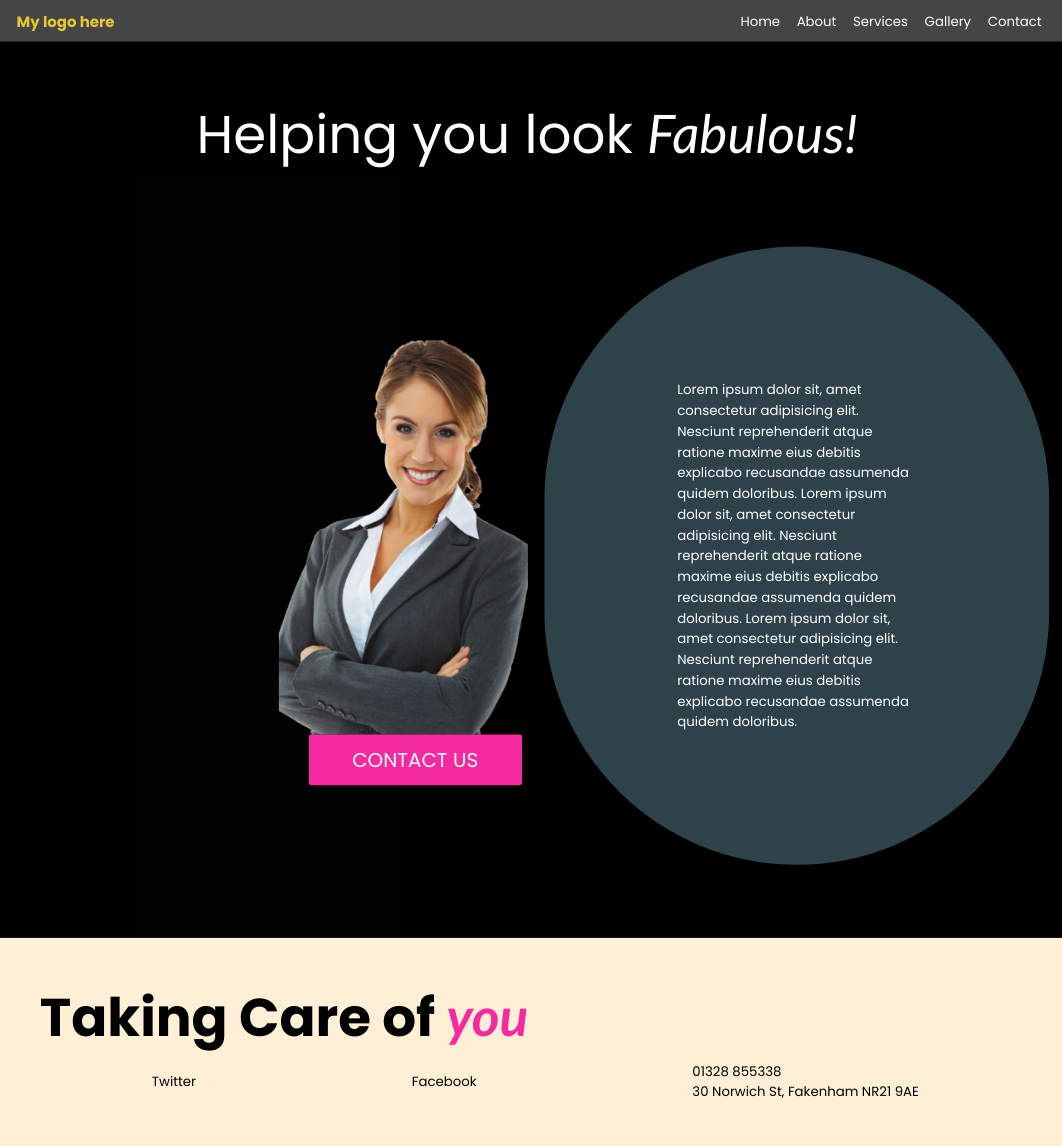
Repository: buzzedison/gardens
Page: index.html
An editor plug-in stored every save of this project. The page is shown before and after the next save, followed by the edit.
The browser window is 1280 px wide. The pictures show the whole page, at 83% of full size.

Above is the page before, as saved 2022-01-13 07:41:37.

### index.html
<!DOCTYPE html>
<html lang="en">
<head>
    <meta charset="UTF-8">
    <meta http-equiv="X-UA-Compatible" content="IE=edge">
    <meta name="viewport" content="width=device-width, initial-scale=1.0">
    <title>B</title>
    <script src="index.js" defer></script>
    <link rel="stylesheet" href="/css/styles.css">
</head>
<body>
    <div>

        <Header>
            <div id="logo"> <a href="/">My logo here</a></div>
            <nav>
<ul>
    <li> <a href="/"> Home</a></li>
    <li> <a href="/"> About</a></li>
    <li> <a href="/"> Services</a></li>
    <li> <a href="/"> Gallery</a></li>
    <li> <a href="/">  Contact</a></li>
</ul>

 </nav>
            <!-- Mobile version -->
            <div id="mobile-icon" onclick="toggleMobileMenu(this)">
                <div class="bar1"></div>
                <div class="bar2"></div>
                <div class="bar3"></div>
                <ul class="mobile-menu">
                  <li><a href="/">Home</a></li>
                  <li><a href="/">About</a></li>
                  <li><a href="/">Services</a></li>
                  <li><a href="/">Gallery</a></li>
                  <li><a href="/">Contact</a></li>

                </ul>
              </div>
        </Header>
        <main class="container">
            <section1>
                <p class="section-title">Helping you look  <span id="fab">Fabulous!</span></p>
                <div class="grid">
                    <div class="grida">
                        <p class="text-grid"><img class ="img" src="images/woman.png">
                            <br/>
                            <a href="/" class="button"> CONTACT US </a>

                    </div>

                    <div class="gridb">
                        <div class="inside">
                        <p class="text-grid">
                        Lorem ipsum dolor sit, amet consectetur adipisicing elit.
                        Nesciunt reprehenderit atque ratione maxime eius
                        debitis explicabo recusandae assumenda quidem doloribus.
                        Lorem ipsum dolor sit, amet consectetur adipisicing elit.
                        Nesciunt reprehenderit atque ratione maxime eius
                        debitis explicabo recusandae assumenda quidem doloribus.
                        Lorem ipsum dolor sit, amet consectetur adipisicing elit.
                        Nesciunt reprehenderit atque ratione maxime eius
                        debitis explicabo recusandae assumenda quidem doloribus.
                    </p>
                </div>
                    </div>
                </div>
            </section1>

        </main>

        <footer class="footer">
            <div class="gridnew">
                <div>
                    <h3 class="take"> Taking Care of <span class="you">you</span> </h3>
                </div>

                <div class="gridnewb">
                    <ul>
                        <li class="list">Twitter</li>
                        <li class="list">Facebook </li>
                        <li class="list"> <span class="contact">01328 855338 <br/>30 Norwich St, Fakenham NR21 9AE </span></li>

                    </ul>


                </div>
            </div>
        </footer>
    </div>
</body>
</html>

### css/styles.css
@import url("https://fonts.googleapis.com/css2?family=Poppins:wght@400;700&display=swap");

* {
  padding: 0;
  margin: 0;
  box-sizing: border-box;
}

body {
  color: black;
  font-family: "Poppins", sans-serif;
  background-color:black;
}

header a {
  text-decoration: none;
}

header {
  padding: 0 20px;
  background-color: #444544;
  height: 50px;
  display: flex;
  justify-content: space-between;
}

#logo {
  font-weight: bold;
  font-size: 18px;
  display: flex;
  align-items: center;
}

#logo a {
  color: #e6c834;
}

ul {
  list-style: none;
  height: 100%;
  display: flex;
  align-items: center;
  justify-content: space-around;
}

ul a {
  color: white;
}

ul li {
  padding: 5px;
  margin-left: 10px;
}

ul li:hover {
  transform: scale(1.1);
  transition: 0.3s;
}




#mobile-icon {
  margin: auto 0;
  display: none;
  cursor: pointer;
}

#mobile-icon div {
  width: 35px;
  height: 3px;
  background-color: white;

  margin: 6px 0;
  transition: 0.4s;
}

.open .bar1 {
  -webkit-transform: rotate(-45deg) translate(-6px, 6px);
  transform: rotate(-45deg) translate(-6px, 6px);
}

.open .bar2 {
  opacity: 0;
}

.open .bar3 {
  -webkit-transform: rotate(45deg) translate(-6px, -8px);
  transform: rotate(45deg) translate(-6px, -8px);
}

.open .mobile-menu {
  display: flex;
  flex-direction: column;
  align-items: center;
  justify-content: flex-start;
}

.mobile-menu {
  display: none;
  position: absolute;
  top: 50px;
  left: 0;
  height: calc(100vh - 50px);
  width: 100%;

}

.mobile-menu li {
  margin-bottom: 10px;

}

@media only screen and (max-width: 600px) {
  header nav {
    display: none;
  }

  #mobile-icon {
    display: block;
  }
}


.section-title{
  color: white;
  font-size: 4em;
  padding-top: 1em;
  padding-left: 3.7em;



}

@media only screen and (max-width:600){

  .section-title{
    padding-left: 0;
    font-size: 1em;

  }
}

#fab {
  font-family: 'Trebuchet MS', 'Lucida Sans Unicode', 'Lucida Grande', 'Lucida Sans', Arial, sans-serif;
  font-style: italic;
}


.grid > div{
   padding:1em;
   background-color:rgba(255, 235, 205, 0);
}

.grid > div:nth-child(odd){
  background-color:rgba(255, 248, 220, 0.003);


}

.grid{
  display:grid;
  grid-template-columns: 40% 60%;
  /* seperating columns */
  grid-column-gap: -40em;
  box-sizing: border-box;
  place-items: center;

  /* browser automatically breaks when it gets to 300px */
  grid-template-columns: repeat(auto-fit, minmax(300px, 1fr));

}

.text-grid {
  padding: 10em;
  color:white;





}

.grida{
  align-self: flex-end;
  /* justify-self: end;  */
  width:20em;
  /* position:absolute; */
  display:flex

}

.gridb{



}


/* Buttons  */

a.button{
  display:inline-block;
  padding:0.55em 2.2em;
  border:none;
  margin:0 0.3em 0.3em 0;
  border-radius:0.12em;
  box-sizing: border-box;
  text-decoration:none;
  background-color:#F62AA0;
  float:right;

  font-weight:400;
  font-size:1.5em;
  color:#FFFFFF;
  text-align:center;
  transition: all 0.2s;



  }

  @media only screen and (max-width: 600px){
    a.button{
      display:inline-block;
      padding:0.45em 1.8em;
      border:none;
      /* margin:0 0.1em 0.3em 0; */
      border-radius:0.12em;
      box-sizing: border-box;
      text-decoration:none;
      background-color:#F62AA0;
      float:left;

      font-weight:400;
      font-size:1.5em;
      color:#FFFFFF;
      text-align:center;
      transition: all 0.2s;
    }
  }
  a.button1:hover{
  color:#000000;
  background-color:#FFFFFF;
  }
  @media all and (max-width:30em){
  a.button1{
  display:block;
  margin:0.4em auto;

  }
  }

  .img {
    float:right;

  }


  .inside {

    width: 100%;
   height: 100%;
   background: #2E4249;
   -moz-border-radius: 70px;
   -webkit-border-radius: 70px;
   border-radius: 500px;
    transition: all 1s ease;


  }
  .inside:hover {
    background: #3b5159;

  }



  .footer {
    /* position: fixed;
    left: 0;
    bottom: 0;
    width: 100%;
    background-color: red; */

  min-height: 100vh;
  margin: 0;

  display: grid;
  grid-template-rows: auto 1fr auto;

  min-height:50px;
  background:PapayaWhip;
  }


  .gridnew{
    padding:3em;
  }


  .take{
    font-size: 4em;
  }

  .you{
    font-family: 'Trebuchet MS', 'Lucida Sans Unicode', 'Lucida Grande', 'Lucida Sans', Arial, sans-serif;
    font-style: italic;
    color:#F62AA0;
  }

Loaded but not shown: index.js (common file)

After the next save:
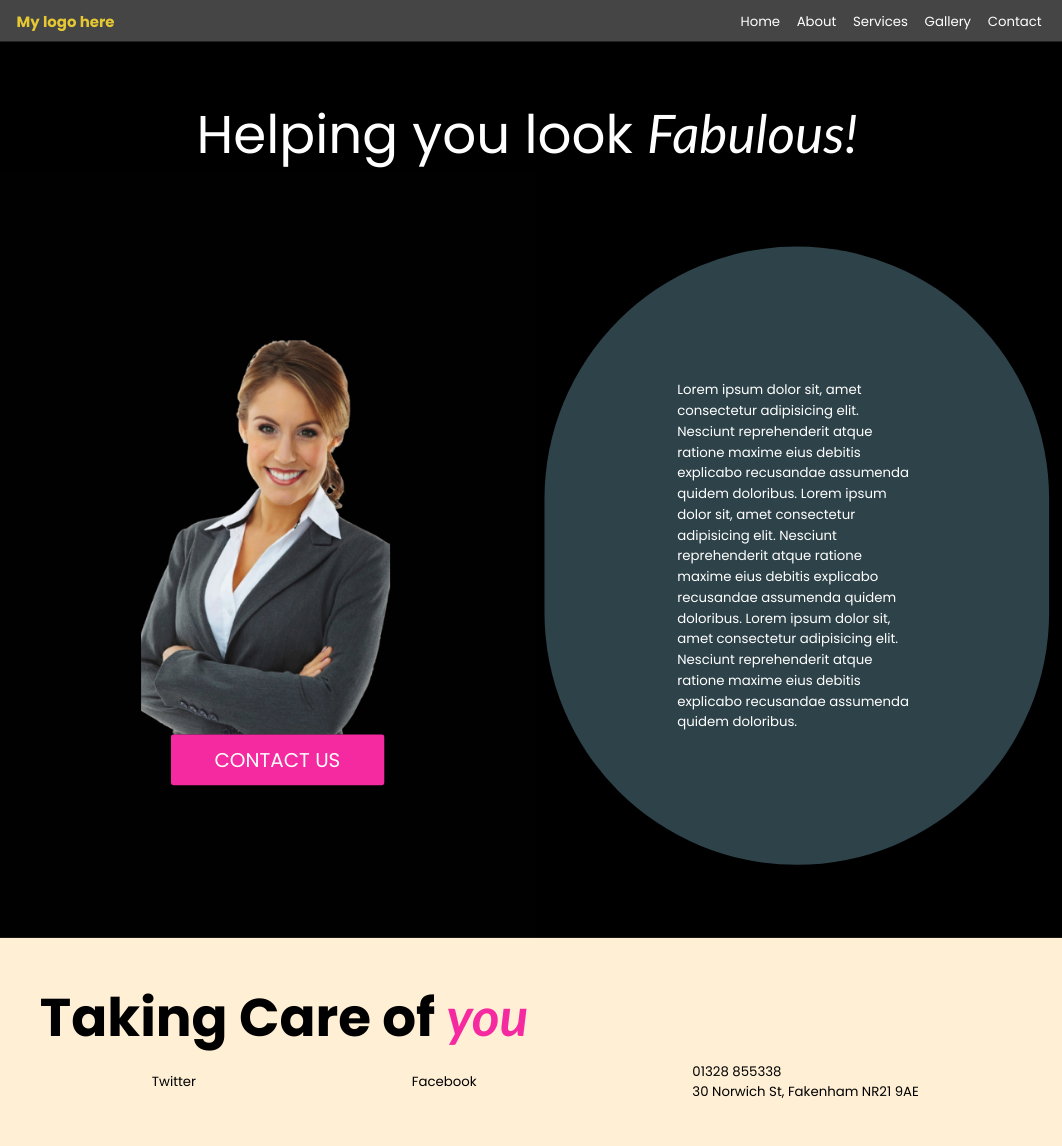
Saved 11 s later.
--- a/css/styles.css
+++ b/css/styles.css
@@ -184,7 +184,7 @@
 .grida{
   align-self: flex-end;
   /* justify-self: end;  */
-  width:20em;
+  /* width:20em; */
   /* position:absolute; */
   display:flex
 

After the save that followed:
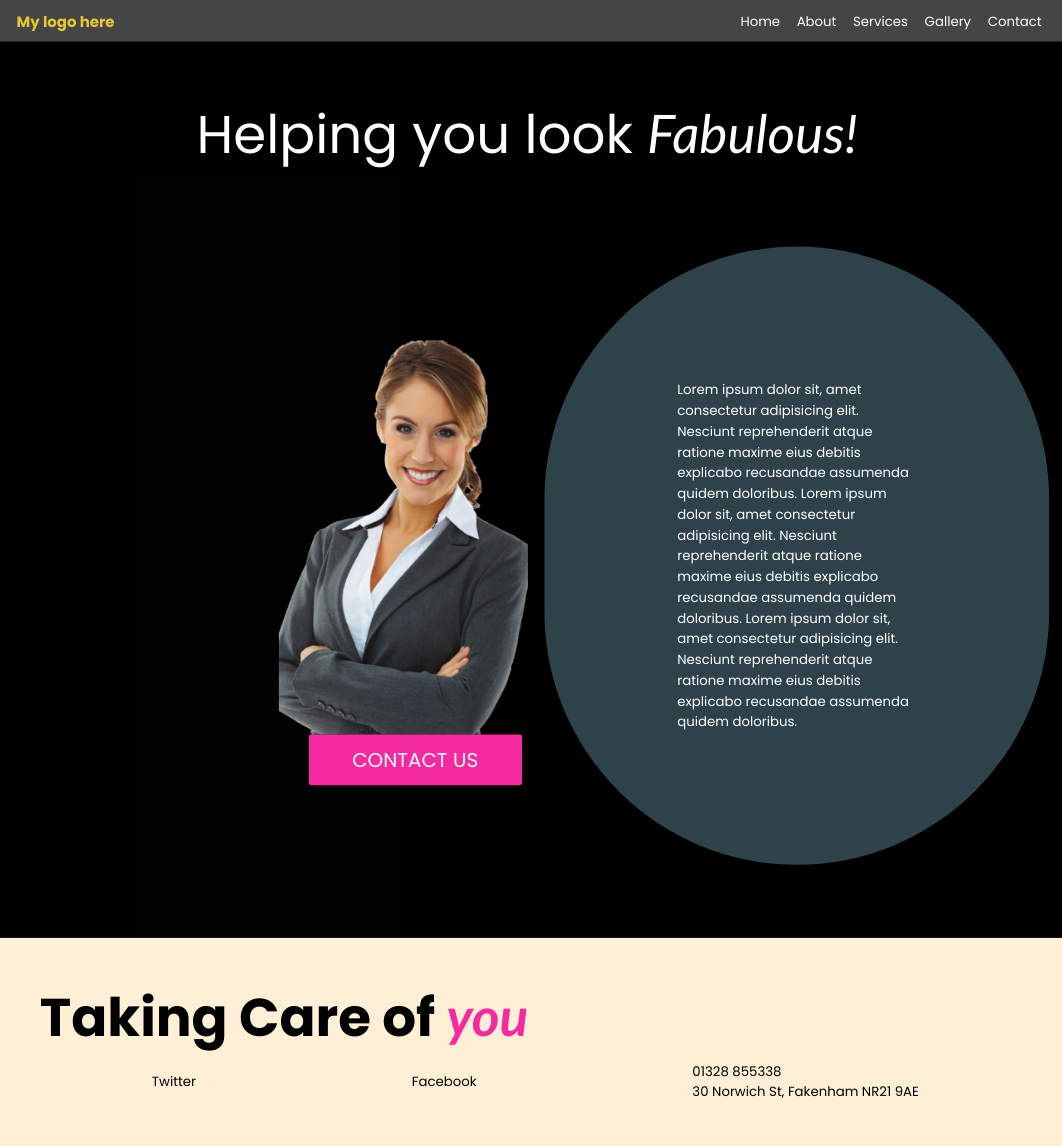
Saved 9 s later.
--- a/css/styles.css
+++ b/css/styles.css
@@ -184,7 +184,7 @@
 .grida{
   align-self: flex-end;
   /* justify-self: end;  */
-  /* width:20em; */
+  width:20em;
   /* position:absolute; */
   display:flex
 
